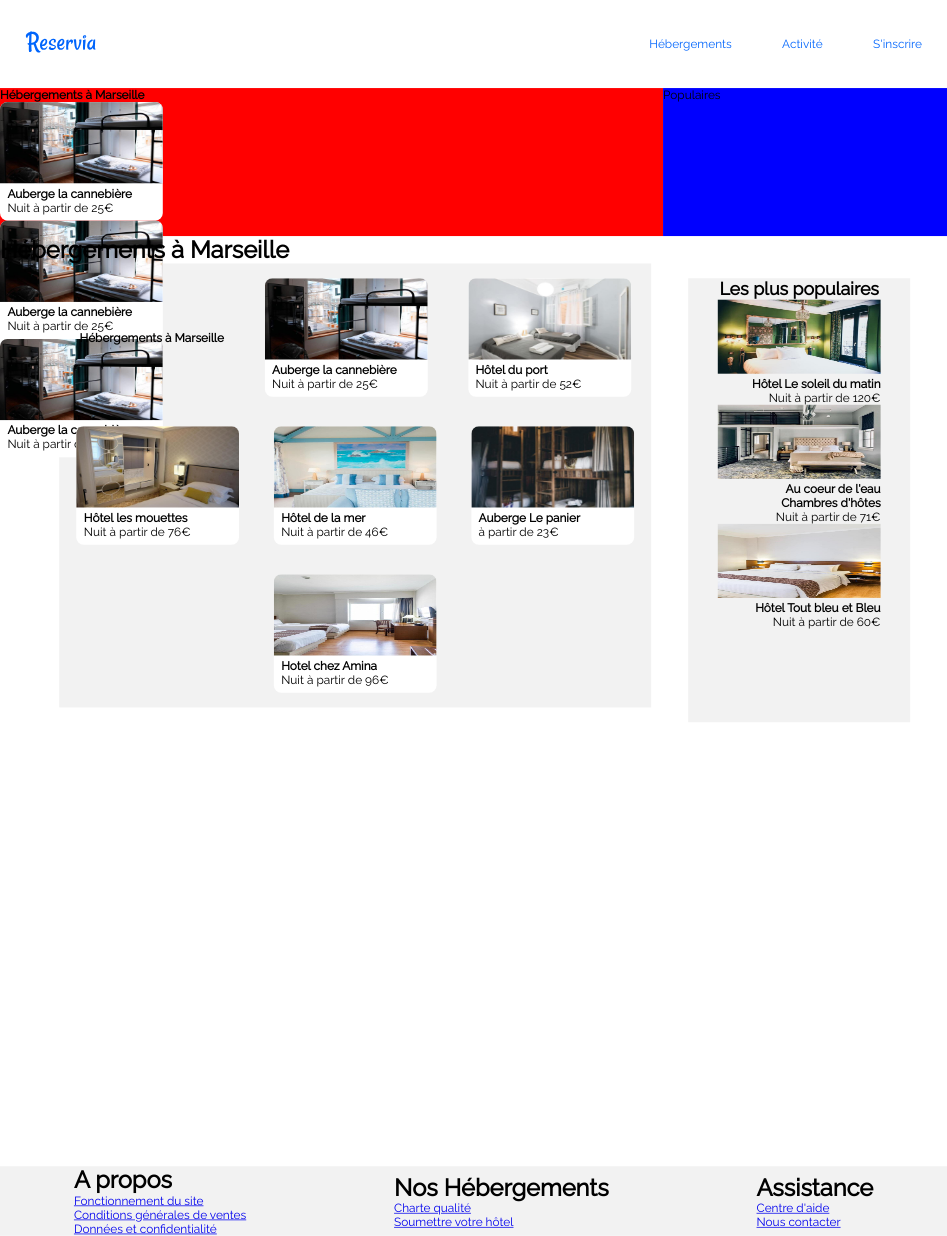
Repository: SoumareHarona/Soumaraharona_P2_18052021
Page: reservia.html
An editor plug-in stored every save of this project. The page is shown before and after the next save, followed by the edit.
The browser window is 1280 px wide. The pictures show the whole page, at 74% of full size.

Above is the page before, as saved 2021-06-14 16:00:48.

After the next save:
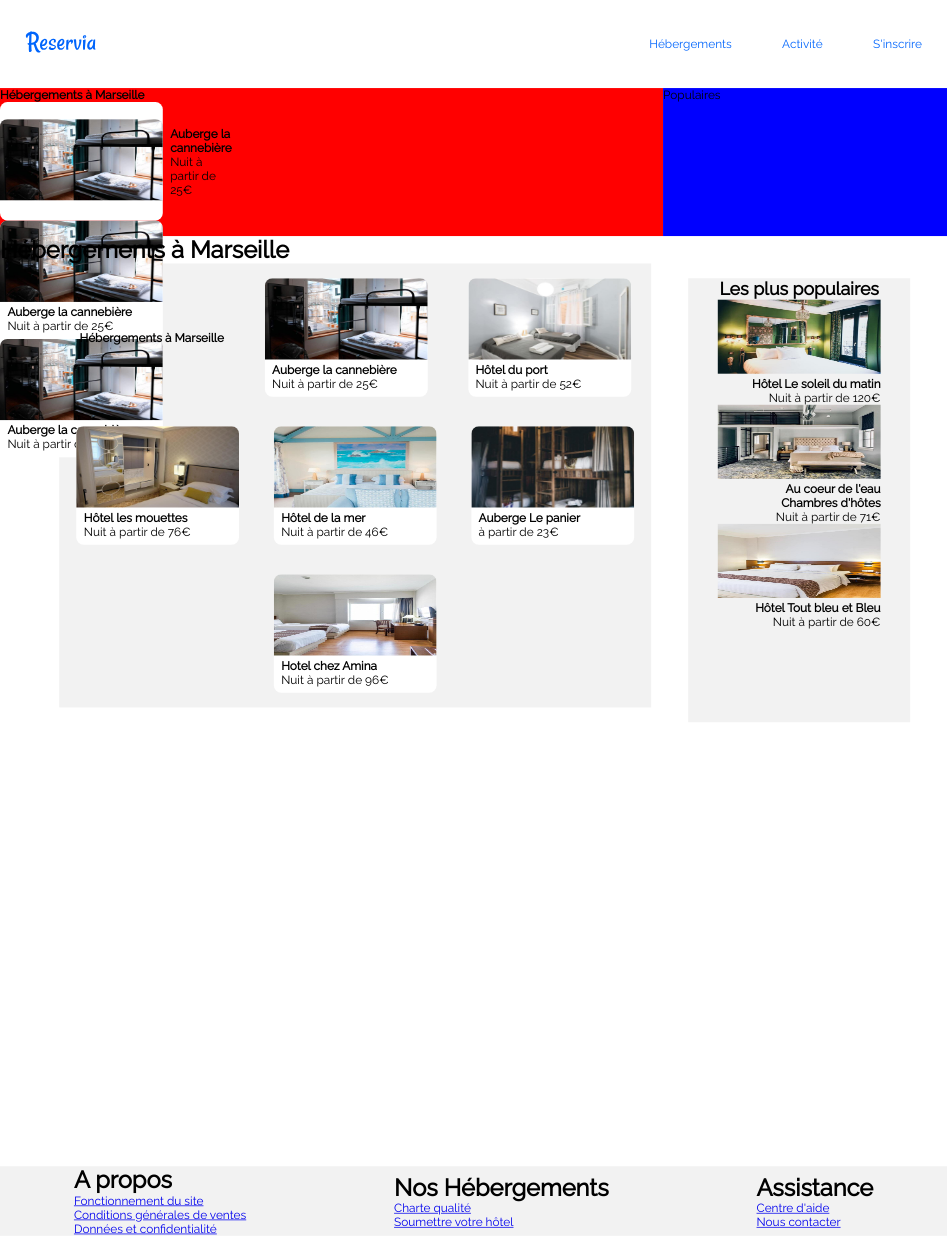
Saved 75 s later.
--- a/reservia.html
+++ b/reservia.html
@@ -23,10 +23,11 @@
 
         </header>
 
-        <div class="hebEtPop" style="display: flex;">
+        <div class="hebEtPop">
             <div class="heb" style="background-color: red;height: 200px;">
                 <p class="titre"><b>Hébergements à Marseille</b></p>
-                                <div class="items">
+                <div class="cards">
+                <div class="items" style="display: flex;">
                     <a href="#"><img class="mosaique" src="images/hebergements/4_small/marcus-loke-WQJvWU_HZFo-unsplash.jpg" alt="" ></a>
                     <p><b>Auberge la cannebière</b><br>Nuit à partir de 25€</p>
                 </div>
@@ -38,6 +39,9 @@
                     <a href="#"><img class="mosaique" src="images/hebergements/4_small/marcus-loke-WQJvWU_HZFo-unsplash.jpg" alt="" ></a>
                     <p><b>Auberge la cannebière</b><br>Nuit à partir de 25€</p>
                 </div>
+
+                </div>
+
             </div>
             <div class="pop" style="background-color: blue;height: 200px;">Populaires</div>
         </div>
